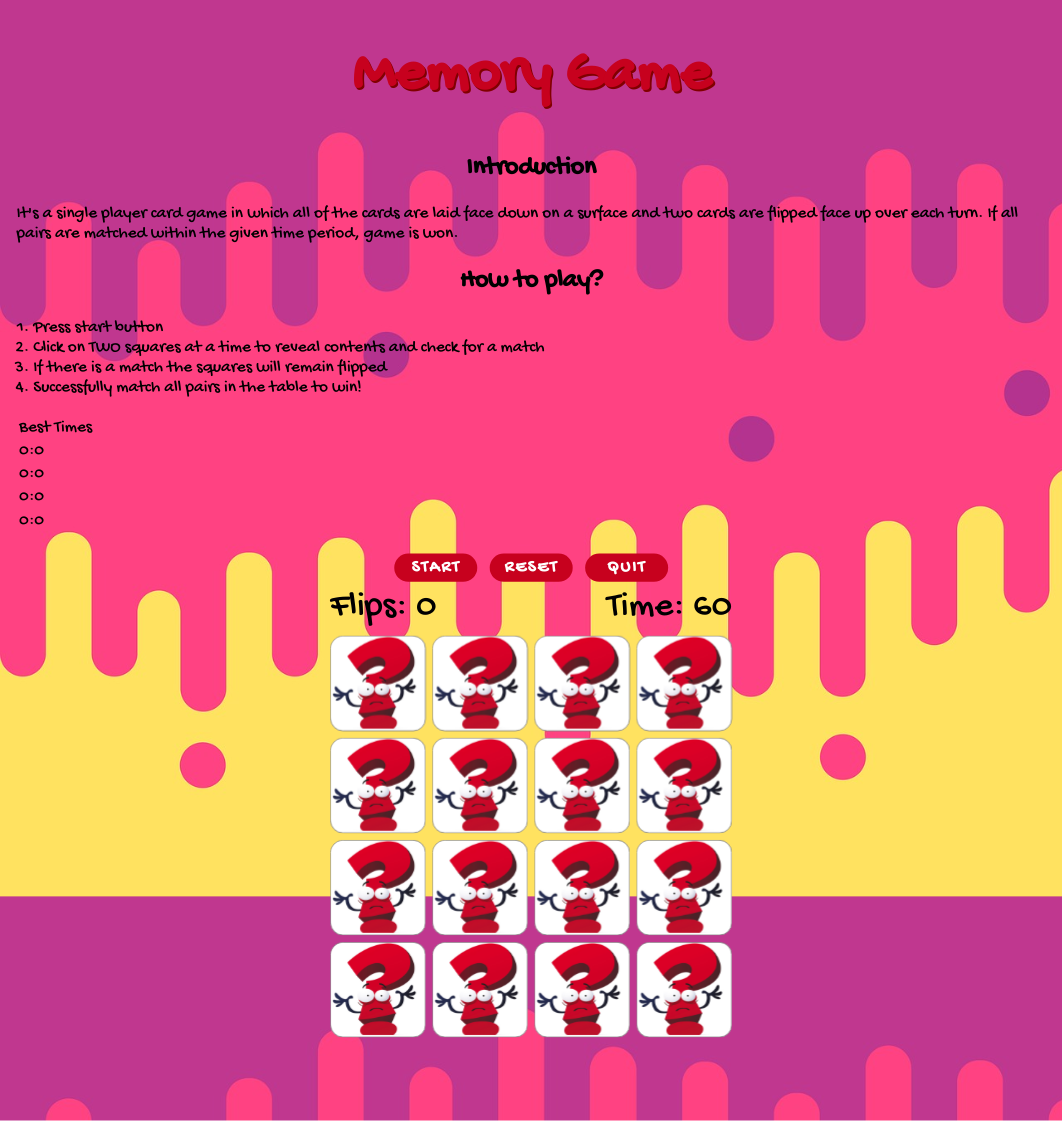
Repository: lauramika/Memory-Game
Page: index.html
The author's editor kept a record of every edit. The page is drawn from the files as they stood at one moment, then again after the next edit.
The browser window is 1280 px wide. The pictures show the whole page, at 83% of full size.

Above is the page before.

After the next edit:
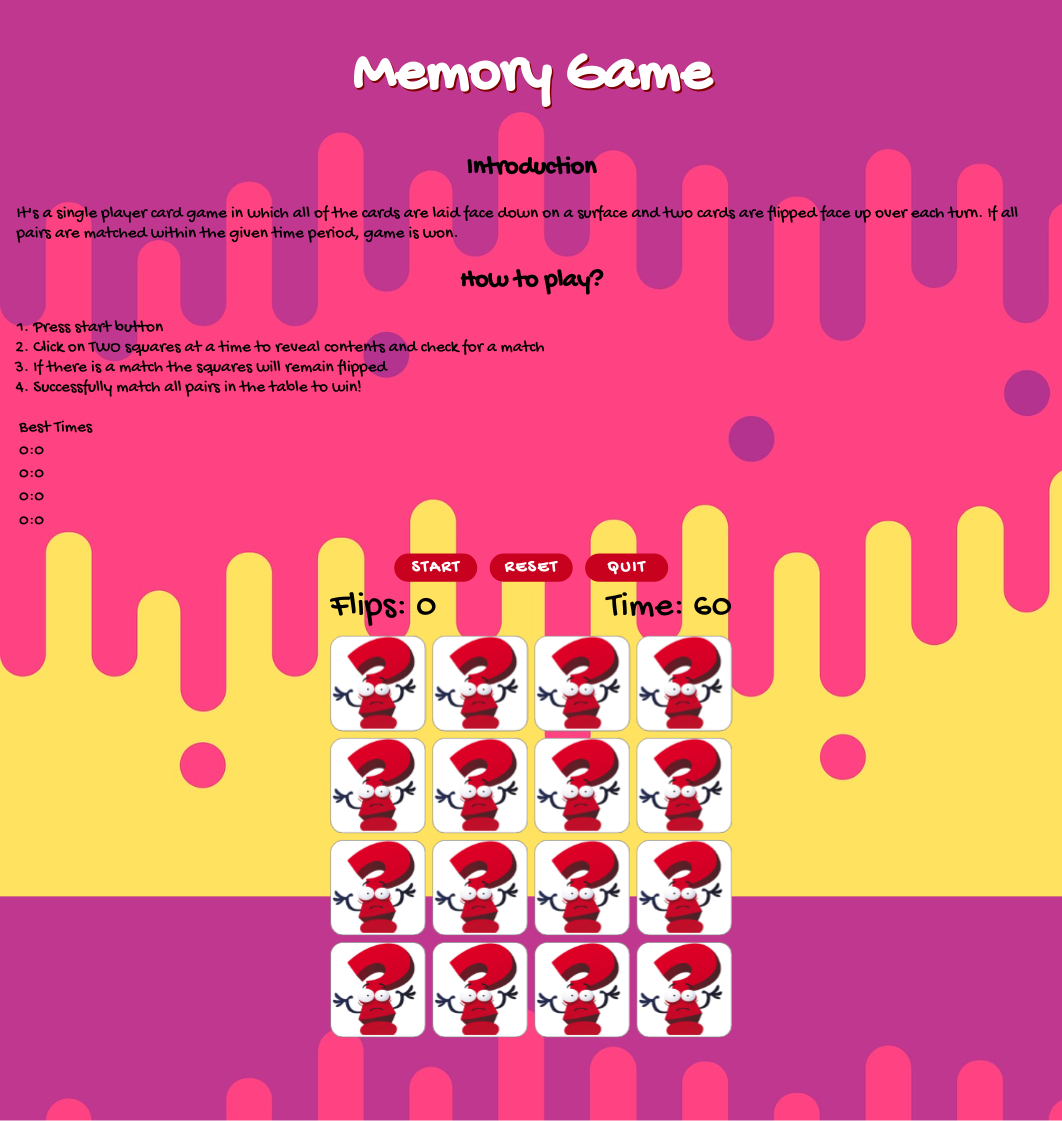
The edit:
--- a/style.css
+++ b/style.css
@@ -23,7 +23,7 @@
     margin: 20px;
 }
 .title-game {
-    color: rgb(199,1,30);;
+    color: white;
     text-align: center;
     font-size: 3.5em;
 }
